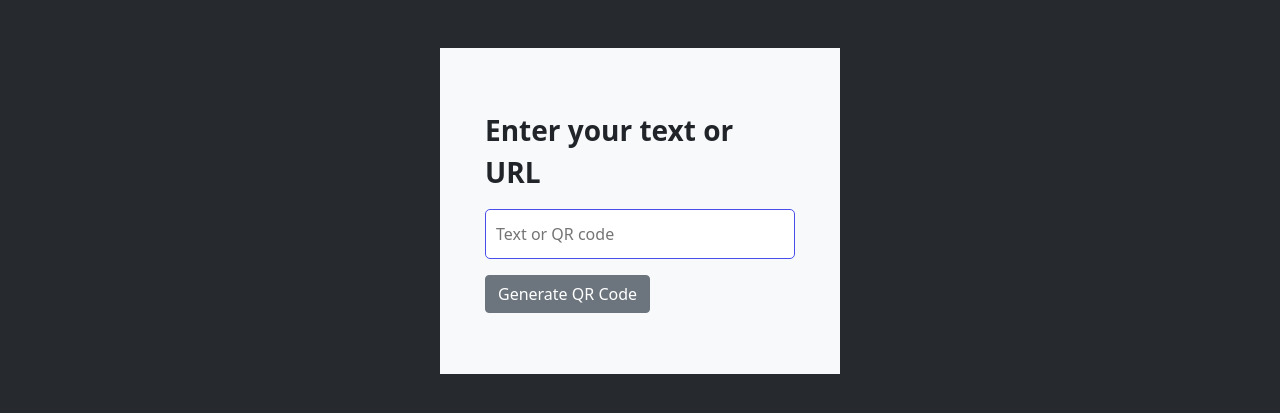
Repository: zeinawady/Qr-Code-Generator-App
Page: index.html
An editor plug-in stored every save of this project. The page is shown before and after the next save, followed by the edit.
The browser window is 1280 px wide. The pictures show the whole page.

Above is the page before, as saved 2024-10-30 00:30:50.

After the next save:
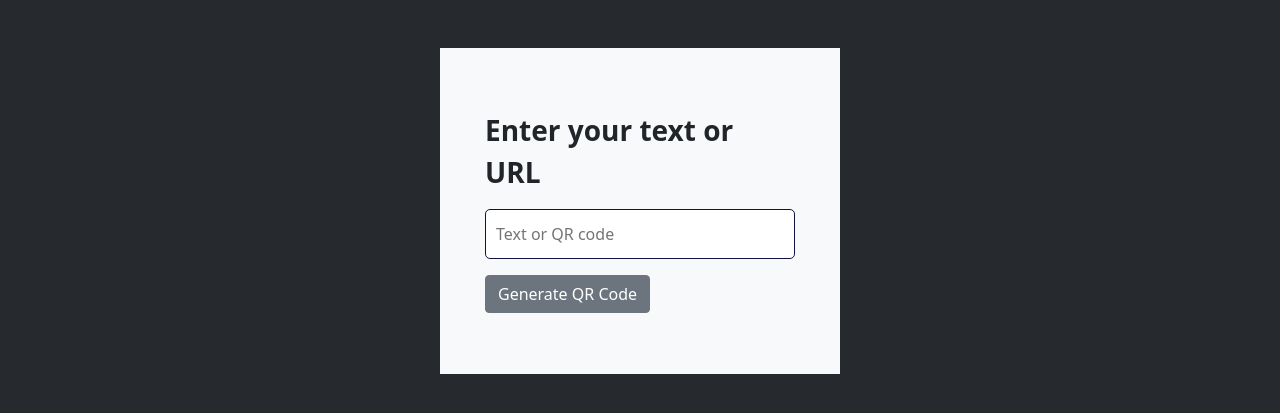
Saved 7 s later.
--- a/css/style.css
+++ b/css/style.css
@@ -8,7 +8,7 @@ body{
 input{
     width: 100%;
     height: 50px;
-    border: 1px solid #494eea;
+    border: 1px solid #101246;
     outline: none;
     padding: 10px;
    border-radius: 5px;
